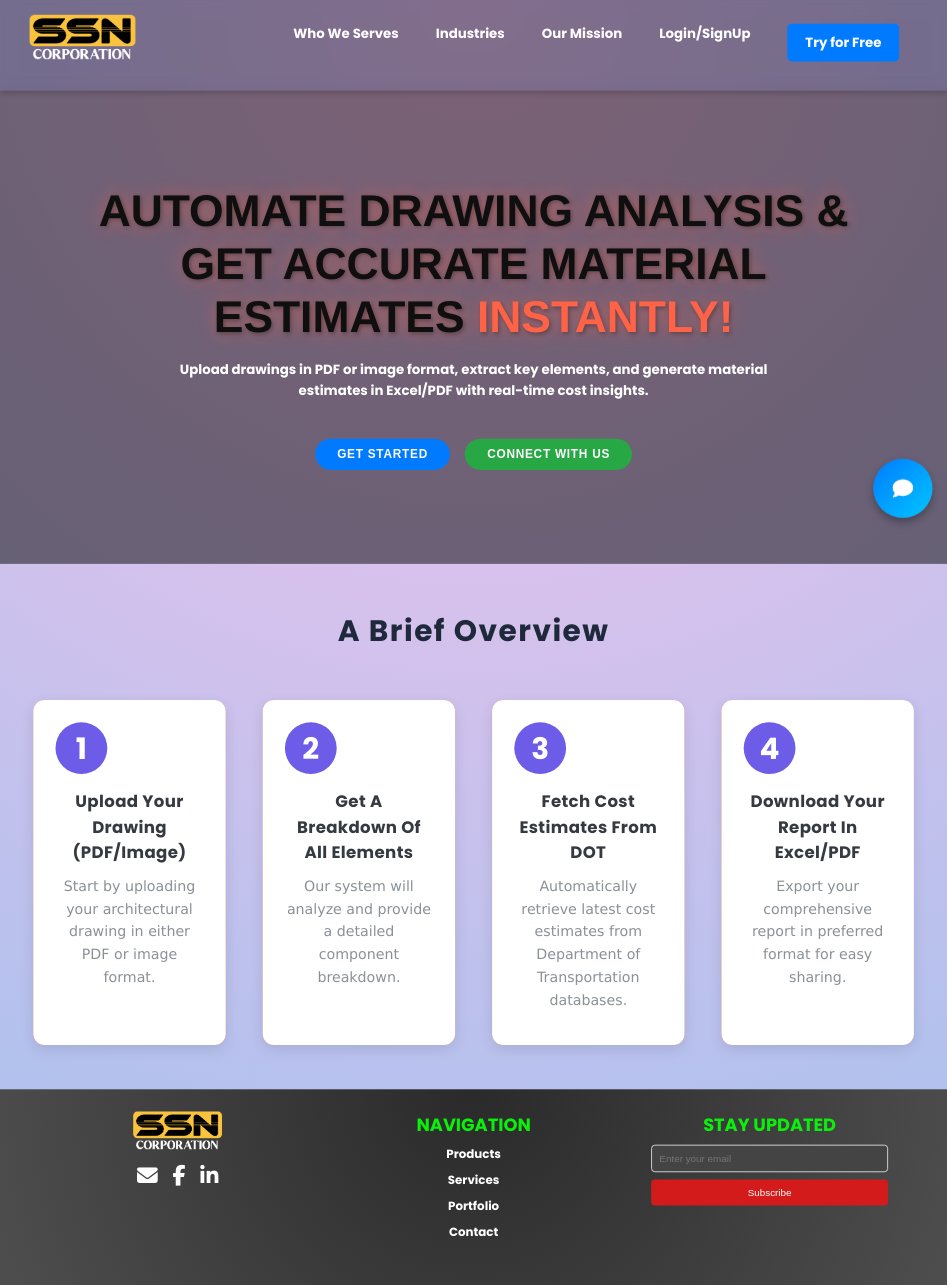
Repository: aabhashbasnet/SSNCorporation
Page: /
These files come from the project's save history. The page is drawn as it stood at one moment and after the next save; the edit follows.
The browser window is 1280 px wide. The pictures show the whole page, at 74% of full size.
The project was rebuilt for these pictures with package versions that can differ from the ones it lists, and the page was loaded fresh each time. Also part of the build but not shown: src/pages/OurMission/OurMission.jsx, src/pages/LoginSignUp/LoginSignUp.css, src/pages/LoginSignUp/LoginSignUp.jsx, src/pages/Industries/Industries.jsx, src/pages/Industries/Landscaping.jsx, src/pages/Industries/Paving.jsx, src/pages/Industries/GeneralConstruction.jsx, src/pages/Industries/FacilitiesMaintenance.jsx and 10 more.

Above is the page before, as saved 2025-02-11 14:56:20.

### src/index.css
/* index.css or App.css */
body {
  margin: 0;
  padding: 0;
  font-family: 'Poppins', sans-serif; /* Optional: Add modern typography */
  /* background: linear-gradient(to bottom, #0a192f, #162447); */
  /* background: linear-gradient(to bottom, #0a192f, #004aad); */
  /* background: radial-gradient(circle at top, #00c6ff, #0072ff, #0a192f);
  background: radial-gradient(circle at top, #ff7e5f, #feb47b, #f4f4f4);
  background: radial-gradient(circle at top, #6a11cb, #2575fc);
  background: radial-gradient(circle at top, #ff416c, #ff4b2b); */
  background: radial-gradient(circle at top, #fbc2eb, #a6c1ee);
  /* color: white; Ensures text is readable */
  min-height: 100vh;
}

### src/App.css
.app-container {
  min-height: 100vh;
  display: flex;
  flex-direction: column;
  background-size: cover;
  background-position: center;
}

### src/components/Main/Main.jsx
import React, { useEffect } from "react";
import { useNavigate } from "react-router-dom";
import "./Main.css";

const Main = () => {
  const navigate = useNavigate();

  const handleGetStartedClick = () => {
    // Open the GetStarted component in a new tab
    const newTab = window.open("", "_blank");
    newTab.location.href = "/get-started";
  };

  useEffect(() => {
    // Adding animation to fade in the content
    const content = document.querySelector(".main-content");
    content.classList.add("fade-in");
  }, []);

  return (
    <div className="main-container">
      <div className="background-image">
        <div className="main-content">
          <h1 className="headline">
            Automate Drawing Analysis & Get Accurate Material Estimates{" "}
            <span className="instant">Instantly!</span>
          </h1>
          <p className="description">
            Upload drawings in PDF or image format, extract key elements, and generate material estimates in Excel/PDF with real-time cost insights.
          </p>

          <div className="button-container">
            <button className="button primary" onClick={handleGetStartedClick}>
              Get Started
            </button>
            <button className="button connect">Connect with Us</button>
          </div>
        </div>
      </div>
    </div>
  );
};

export default Main;

### src/components/Working/Working.jsx
import React from 'react';
import './Working.css';


const Working = () => {
  const steps = [
    {
      number: '1',
      title: 'Upload your drawing (PDF/Image)',
      description: 'Start by uploading your architectural drawing in either PDF or image format.'
    },
    {
      number: '2',
      title: 'Get a breakdown of all elements',
      description: 'Our system will analyze and provide a detailed component breakdown.'
    },
    {
      number: '3',
      title: 'Fetch cost estimates from DOT',
      description: 'Automatically retrieve latest cost estimates from Department of Transportation databases.'
    },
    {
      number: '4',
      title: 'Download your report in Excel/PDF',
      description: 'Export your comprehensive report in preferred format for easy sharing.'
    }
  ];

  return (
    <div className="how-it-works-container">
      <h2 className="section-title">A Brief Overview</h2>
      <div className="steps-container">
        {steps.map((step, index) => (
          <div key={index} className="step-card">
            <div className="step-icon">{step.number}</div>
            <h3 className="step-title">{step.title}</h3>
            <p className="step-description">{step.description}</p>
          </div>
        ))}
      </div>
    </div>
  );
};

export default Working;

### src/components/Footer/Footer.jsx
import React from 'react';
import './Footer.css';
import logo from '../../assets/logo.png';

const Footer = () => {
  return (
    <footer className="footer">
      <div className="footer-content"> {/* Container for better layout control */}
        <div className="footer-section">
          <img src={logo} alt="Company Logo" className="logo" />
          <div className="social-links">
            <a href="mailto:info@ssnbuilders.com" aria-label="Email">
              <i className="fas fa-envelope social-icon"></i>
            </a>
            <a href="https://www.facebook.com" aria-label="Facebook" target="_blank" rel="noopener noreferrer">
              <i className="fab fa-facebook-f social-icon"></i>
            </a>
            <a href="https://www.linkedin.com" aria-label="LinkedIn" target="_blank" rel="noopener noreferrer">
              <i className="fab fa-linkedin-in social-icon"></i>
            </a>
          </div>
        </div>

        <div className="footer-section">
          <h4>Navigation</h4>
          <nav>
            <ul className="footer-nav">
              <li><a href="/products">Products</a></li>
              <li><a href="/services">Services</a></li>
              <li><a href="/portfolio">Portfolio</a></li>
              <li><a href="/contact">Contact</a></li>
            </ul>
          </nav>
        </div>

        <div className="footer-section">
          <h4>Stay Updated</h4>
          <div className="newsletter">
            <input
              type="email"
              placeholder="Enter your email"
              className="email-input"
              aria-label="Email for newsletter"
            />
            <button className="subscribe-button">Subscribe</button>
          </div>
        </div>
      </div> {/* Close footer-content */}
    </footer>
  );
}

export default Footer;

### src/components/Main/Main.css
/* Main content styling */
.main-content {
  padding: 50px 20px;
  text-align: center;
  min-height: calc(100vh - 80px);
  display: flex;
  flex-direction: column;
  justify-content: center;
  align-items: center;
  position: relative;
  z-index: 1;
}

/* Gradient overlay */
.main-content:before {
  content: '';
  position: absolute;
  top: 0;
  left: 0;
  right: 0;
  bottom: 0;
  background: rgba(0, 0, 0, 0.5); /* Dark gradient for readability */

  z-index: -1;
}

/* Headline styling with animated underline */
.headline {
  font-family: 'Helvetica', sans-serif;
  font-size: 60px;
  font-weight: bold;
  color: #0f0f0f;
  margin-bottom: 20px;
  line-height: 1.2;
  text-transform: uppercase;
  display: inline-block;
  position: relative;
  max-width: 90%;
  text-shadow: 2px 2px 6px rgba(0, 0, 0, 0.3), 0 0 25px rgba(255, 99, 71, 0.5);

}

.headline .instant {
  color: #ff6347; /* Tomato color */
}

/* Underline animation effect */
.headline:after {
  content: '';
  position: absolute;
  left: 0;
  bottom: -5px;
  width: 0;
  height: 3px;
  background: #ff6347;
  transition: width 0.3s ease;
}

.headline:hover:after {
  width: 100%;
}

/* Description styling */
.description {
  font-size: 18px;
  font-weight: bold;
  color: white;
  max-width: 800px;
  margin: 0 auto;
  line-height: 1.6;
  margin-bottom: 30px;
}

/* Button container styling */
.button-container {
  display: flex;
  gap: 20px;
  justify-content: center;
  margin-top: 20px;
  flex-wrap: wrap;
  align-items: center;
}

/* Button base styling */
.button {
  padding: 12px 30px;
  font-size: 16px;
  font-weight: bold;
  border: none;
  border-radius: 25px;
  cursor: pointer;
  transition: all 0.3s ease;
  display: inline-block;
  text-transform: uppercase;
  letter-spacing: 1px;
}

/* Default button styling */
.button:hover {
  transform: translateY(-5px);
}

/* "Get Started" button styling */
.button.primary {
  background-color: #007bff;
  color: white;
}

.button.primary:hover {
  background-color: #0056b3;
}

/* "Connect with Us" button styling */
.button.connect {
  background-color: #28a745;
  color: white;
}

.button.connect:hover {
  background-color: #218838;
}

/* Add some responsive styling */
@media (max-width: 768px) {
  .headline {
    font-size: 45px; /* Adjust the headline font size */
  }

  .description {
    font-size: 16px;
    padding: 0 20px;
  }

  .button-container {
    flex-direction: column; /* Stack buttons on mobile */
  }

  .button {
    width: 100%;
    max-width: 300px;
    margin: 10px 0;
  }
}

### src/components/Working/Working.css
/* Working.css */

/* Container for the whole section */
.how-it-works-container {
    padding: 60px 20px;
    /* background-color: #f1f4f9; */
    text-align: center;
  }

  .section-title {
    font-size: 3rem;
    font-weight: bold;
    color: #343a40;
    margin-bottom: 40px;
    /* text-transform: uppercase; */
    letter-spacing: 2px;
    animation: fadeIn 1s ease-out;
  }

  /* Flexbox container for the cards */
  .steps-container {
    display: flex;
    justify-content: center;
    gap: 50px;
    flex-wrap: wrap;
    animation: fadeInUp 1s ease-out;
  }

  /* Individual step cards */
  .step-card {
    background-color: #fff;
    border-radius: 15px;
    box-shadow: 0 6px 18px rgba(0, 0, 0, 0.1);
    padding: 30px;
    width: 260px;
    transition: transform 0.4s ease, box-shadow 0.4s ease;
    cursor: pointer;
    position: relative;
    overflow: hidden;
    text-align: center;
  }

  .step-card:hover {
    transform: translateY(-10px);
    box-shadow: 0 12px 30px rgba(0, 0, 0, 0.15);
  }

  .step-card::before {
    content: "";
    position: absolute;
    top: 50%;
    left: 50%;
    width: 200%;
    height: 200%;
    background: linear-gradient(45deg, #ff6f61, #f79c42, #6c5ce7);
    z-index: -1;
    animation: expand 3s ease-out infinite;
    transform: translate(-50%, -50%);
  }

  /* Step icon circle */
  .step-icon {
    font-size: 2.5rem;
    font-weight: bold;
    color: #fff;
    background-color: #6c5ce7;
    width: 70px;
    height: 70px;
    border-radius: 50%;
    display: flex;
    align-items: center;
    justify-content: center;
    margin-bottom: 20px;
    transition: transform 0.3s ease;
  }

  .step-card:hover .step-icon {
    transform: scale(1.1);
  }

  /* Title style for each step */
  .step-title {
    font-size: 1.4rem;
    font-weight: 600;
    color: #343a40;
    margin-bottom: 15px;
    text-transform: capitalize;
    letter-spacing: 0.5px;
    transition: color 0.3s ease;
  }

  .step-card:hover .step-title {
    color: #6c5ce7;
  }

  /* Description under each title */
  .step-description {
    font-size: 1.2rem;
    font-family: 'Lucida Sans', 'Lucida Sans Regular', 'Lucida Grande', 'Lucida Sans Unicode', Geneva, Verdana, sans-serif;
    font-weight: 500;
    color: #6c757d;
    line-height: 1.6;
    padding-bottom: 15px;
    opacity: 0.8;
    transition: opacity 0.3s ease;
  }

  .step-card:hover .step-description {
    opacity: 1;
    color: #2f353b;
  }

  /* Hover animations for smooth effects */
  @keyframes fadeIn {
    from {
      opacity: 0;
      transform: translateY(-20px);
    }
    to {
      opacity: 1;
      transform: translateY(0);
    }
  }

  @keyframes fadeInUp {
    from {
      opacity: 0;
      transform: translateY(20px);
    }
    to {
      opacity: 1;
      transform: translateY(0);
    }
  }

  @keyframes expand {
    0% {
      transform: translate(-50%, -50%) scale(1);
    }
    50% {
      transform: translate(-50%, -50%) scale(1.2);
    }
    100% {
      transform: translate(-50%, -50%) scale(1);
    }
  }

  /* Mobile responsiveness */
  @media (max-width: 768px) {
    .steps-container {
      flex-direction: column;
      align-items: center;
    }

    .step-card {
      width: 90%;
      margin-bottom: 30px;
    }
  }

### src/components/Footer/Footer.css
.footer {
    background-color: #333;
    background: #2c3e50; /* Dark blue/gray */
    background: radial-gradient(circle at top, #333, #555);
    background: radial-gradient(circle at top, #4b0082, #2c003e);
    background: radial-gradient(circle at top, #2a2a2a, #3b3b3b);
    background: radial-gradient(circle at top, #2a2a2a, #4e4e4e);

    color: white;
    padding: 30px;
  }

  .footer-content {
    display: flex;
    flex-wrap: wrap;
    justify-content: space-around;
    max-width: 1200px;
    margin: 0 auto;
  }

  .footer-section {
    flex: 1 1 30%;
    margin-bottom: 20px;
    text-align: center;
  }

  .logo {
    width: 120px;
    height: auto;
    margin-bottom: 15px;
  }

  .social-links {
    display: flex;
    justify-content: center; /* Center social icons */
    gap: 20px;
  }

  .social-icon {
    font-size: 28px;
    color: white;
    transition: color 0.3s ease;
  }

  .social-icon:hover {
    color: #0e76a8;
  }


  .footer-section h4 {
    font-size: 1.5rem; /* Use rem for scalable font sizes */
    font-weight: bold;
    margin-bottom: 10px;
    color: rgb(11, 240, 11);
    text-transform: uppercase;
  }
  .footer-nav {
    list-style: none;
    padding: 0;
    margin: 0;
  }

  .footer-nav li {
    margin-bottom: 10px;
  }

  .footer-nav a {
    font-size: 1rem;
    color: hsl(0, 0%, 100%);
    text-decoration: none;
    transition: color 0.3s ease;
  }

  .footer-nav a:hover {
    color: #0e76a8;
  }

  .newsletter {
    display: flex;
    flex-direction: column; /* Stack input and button */
    align-items: center; /* Center content horizontally */
  }

  .email-input {
    padding: 10px;
    border: 1px solid #fff;
    border-radius: 5px;
    width: 80%; /* Make input responsive */
    margin-bottom: 10px;
    background-color: #444;
    color: white;
  }

  .subscribe-button {
    padding: 10px 20px;
    background-color: #d31b1b;
    color: white;
    border: none;
    border-radius: 5px;
    cursor: pointer;
    transition: background-color 0.3s ease;
    width: 80%; /* Make button responsive */
  }

  .subscribe-button:hover {
    background-color: #b91b1b;
  }

  @media screen and (max-width: 768px) {
    .footer-section {
      flex: 1 1 100%; /* Each section takes full width on mobile */
      margin-bottom: 20px; /* Add space between sections */
    }

    .newsletter {
      flex-direction: column; /* Stack input and button vertically */
      align-items: center; /* Center the content horizontally */
    }

    .email-input,
    .subscribe-button {
      width: 100%; /* Full width input and button */
    }

    .footer-nav li {
      margin-bottom: 5px; /* Reduce margin between links */
    }
  }

### src/pages/Industries/Industries.css
/* Import Poppins font */
@import url('https://fonts.googleapis.com/css2?family=Poppins:wght@700&display=swap');

.industries-container {
  padding: 5rem 1rem;
}

.industries-title {
  font-family: Arial, Helvetica, sans-serif;
  text-align: center;
  font-size: 2.9rem;
  color: #1f2937;
  margin-bottom: 1rem;
  font-weight: 1000;
}

.industries-subtitle {
  text-align: center;
  color: #4b5563;
  font-size: 1.125rem;
  max-width: 800px;
  margin: 0 auto 3rem;
  line-height: 1.6;
}

.industries-grid {
  display: grid;
  gap: 2rem;
  grid-template-columns: 1fr;
}

.industry-card {
  background: white;
  padding: 2.5rem;
  border-radius: 1rem;
  box-shadow: 0 4px 6px -1px rgba(0, 0, 0, 0.1);
  transition: transform 0.3s ease, box-shadow 0.3s ease;
}

.industry-card:hover {
  transform: translateY(-5px);
  box-shadow: 0 10px 15px -3px rgba(0, 0, 0, 0.1);
}

.icon-container {
  width: 60px;
  height: 60px;
  border-radius: 50%;
  display: flex;
  align-items: center;
  justify-content: center;
  margin-bottom: 1.5rem;
}

.industry-icon {
  font-size: 2.5rem;
  color: white;
}

.industry-title {
  color: #1f2937;
  font-size: 1.5rem;
  margin: 1.5rem 0 1rem;
  font-weight: 600;
}

.industry-description {
  color: #4b5563;
  line-height: 1.6;
  margin-bottom: 1.5rem;
}

.learn-more-btn {
  color: #3b82f6;
  text-decoration: none;
  font-weight: 500;
  display: inline-flex;
  align-items: center;
  gap: 0.5rem;
  transition: color 0.3s ease;
}

.learn-more-btn:hover {
  color: #2563eb;
}

@media (min-width: 768px) {
  .industries-grid {
    grid-template-columns: repeat(2, 1fr);
  }
}

@media (min-width: 1024px) {
  .industries-grid {
    grid-template-columns: repeat(4, 1fr);
  }

  .industries-title {
    font-size: 3rem;
  }

  .industries-subtitle {
    font-size: 1.25rem;
  }
}

### src/pages/Industries/FacilitiesMaintainance.css
/* Reset and base styles */
* {
  margin: 0;
  padding: 0;
  box-sizing: border-box;
}

body {
  background-color: #f5f7fa;
}

/* General section styling */
section {
  padding: 4rem 2rem;
  max-width: 1200px;
  margin: 0 auto;
}

/* Overview section */
.overview-section {
  display: flex;
  gap: 3rem;
  align-items: center;
  min-height: 80vh;
  background: linear-gradient(135deg, #e8f4fd 0%, #f5f7fa 100%);
  border-radius: 20px;
  margin: 2rem auto;
}

.overview-text {
  flex: 1;
}

.overview-text h1 {
  font-size: 3rem;
  margin-bottom: 1.5rem;
  color: #2c3e50;
  line-height: 1.2;
  font-weight: 700;
}

.overview-text p {
  font-size: 1.1rem;
  line-height: 1.6;
  color: #5a6c7d;
  margin-bottom: 1.5rem;
}

.overview-image {
  flex: 1;
  position: relative;
}

.overview-image img {
  width: 100%;
  height: auto;
  border-radius: 15px;
  box-shadow: 0 20px 40px rgba(0, 0, 0, 0.1);
}

/* Features and Benefits section */
.features-benefits {
  background: linear-gradient(135deg, #f5f7fa 0%, #e8f4fd 100%);
  text-align: center;
  padding: 5rem 2rem;
  border-radius: 20px;
  margin: 2rem auto;
}

.features-benefits h2 {
  font-size: 2.5rem;
  color: #2c3e50;
  margin-bottom: 3rem;
  font-weight: 700;
}

.feature-card {
  background: rgba(255, 255, 255, 0.9);
  padding: 2rem;
  border-radius: 10px;
  box-shadow: 0 10px 20px rgba(0, 0, 0, 0.05);
  transition: transform 0.3s ease;
  text-align: center;
}

.feature-card:hover {
  transform: translateY(-5px);
  background: rgba(255, 255, 255, 0.95);
  box-shadow: 0 15px 30px rgba(0, 0, 0, 0.1);
}

.feature-card i {
  font-size: 2.5rem;
  margin-bottom: 1rem;
}

.feature-card h3 {
  font-size: 1.5rem;
  color: #2c3e50;
  margin-bottom: 1rem;
  font-weight: 600;
}

.feature-card p {
  color: #5a6c7d;
  line-height: 1.5;
}

/* CTA section */
.cta-section {
  text-align: center;
  background: linear-gradient(135deg, #3498db, #2980b9);
  color: white;
  border-radius: 15px;
  margin: 2rem auto;
  padding: 4rem 2rem;
  box-shadow: 0 15px 30px rgba(41, 128, 185, 0.2);
}

.cta-section h2 {
  font-size: 2.5rem;
  margin-bottom: 1.5rem;
  font-weight: 700;
}

.cta-section p {
  font-size: 1.2rem;
  margin-bottom: 2rem;
  max-width: 600px;
  margin-left: auto;
  margin-right: auto;
  line-height: 1.6;
}

.cta-button {
  display: inline-block;
  padding: 1rem 2rem;
  font-size: 1.2rem;
  font-weight: 600;
  text-decoration: none;
  color: white;
  background: linear-gradient(135deg, #28a745, #218838);
  border-radius: 30px;
  transition: all 0.3s ease;
  cursor: pointer;
  border: 2px solid transparent;
  box-shadow: 0 4px 15px rgba(40, 167, 69, 0.2);
}

.cta-button:hover {
  transform: scale(1.05);
  box-shadow: 0 6px 20px rgba(40, 167, 69, 0.3);
  background: linear-gradient(135deg, #218838, #28a745);
  color: white;
  border-color: rgba(255, 255, 255, 0.2);
}

/* Responsive Design */
@media (max-width: 1024px) {
  .features-grid {
      grid-template-columns: repeat(2, 1fr);
  }
}

@media (max-width: 768px) {
  .overview-section {
      flex-direction: column;
      text-align: center;
  }

  .overview-text h1 {
      font-size: 2.5rem;
  }

  .features-grid {
      grid-template-columns: 1fr;
  }

  .cta-section h2 {
      font-size: 2rem;
  }
}

@media (max-width: 480px) {
  section {
      padding: 2rem 1rem;
  }

  .overview-text h1 {
      font-size: 2rem;
  }

  .features-benefits h2 {
      font-size: 2rem;
  }

  .feature-card {
      margin: 0;
  }

  .cta-button {
      width: 90%;
      max-width: 300px;
  }
}

Loaded but not shown: public/index.html (common file); src/index.js (common file); src/reportWebVitals.js (common file); src/App.js (63 lines, source omitted); src/components/FloatingChatButton/FloatingChatButton.jsx (177 lines, source omitted); src/components/FloatingChatButton/FloatingChatButton.css (285 lines, source omitted); src/components/Navbar/Navbar.jsx (138 lines, source omitted); src/components/Navbar/Navbar.css (231 lines, source omitted); src/pages/Industries/Paving.css (214 lines, source omitted); src/pages/Industries/Landscaping.css (213 lines, source omitted); src/pages/OurMission/OurMission.css (228 lines, source omitted); src/pages/Industries/GeneralConstruction.css (205 lines, source omitted)

After the next save:
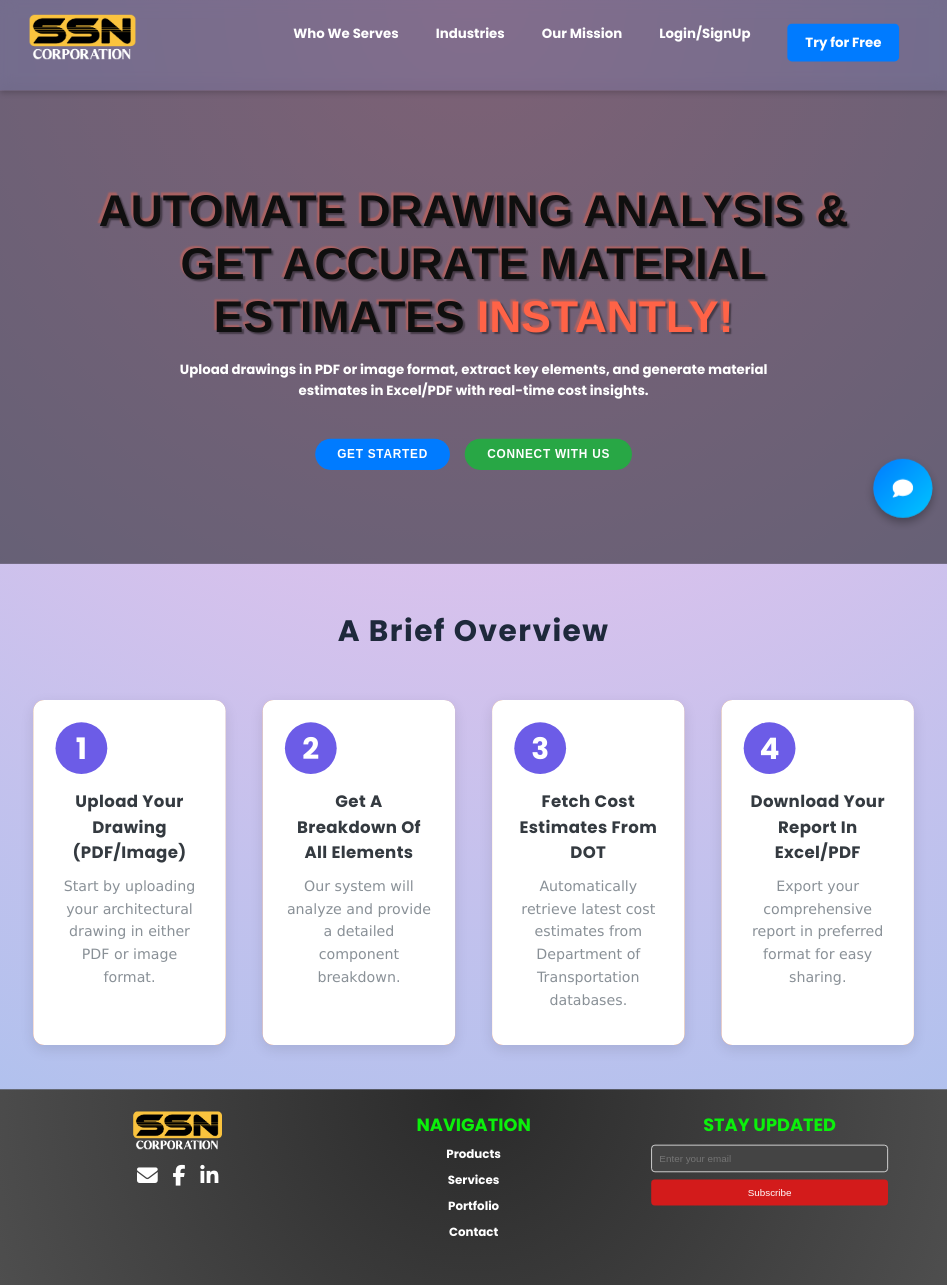
Saved 8 s later.
--- a/src/components/Main/Main.css
+++ b/src/components/Main/Main.css
@@ -37,6 +37,8 @@
   position: relative;
   max-width: 90%;
   text-shadow: 2px 2px 6px rgba(0, 0, 0, 0.3), 0 0 25px rgba(255, 99, 71, 0.5);
+  text-shadow: 3px 3px 2px rgba(0, 0, 0, 0.4), -3px -3px 2px rgba(255, 99, 71, 0.4);
+
 
 }
 
